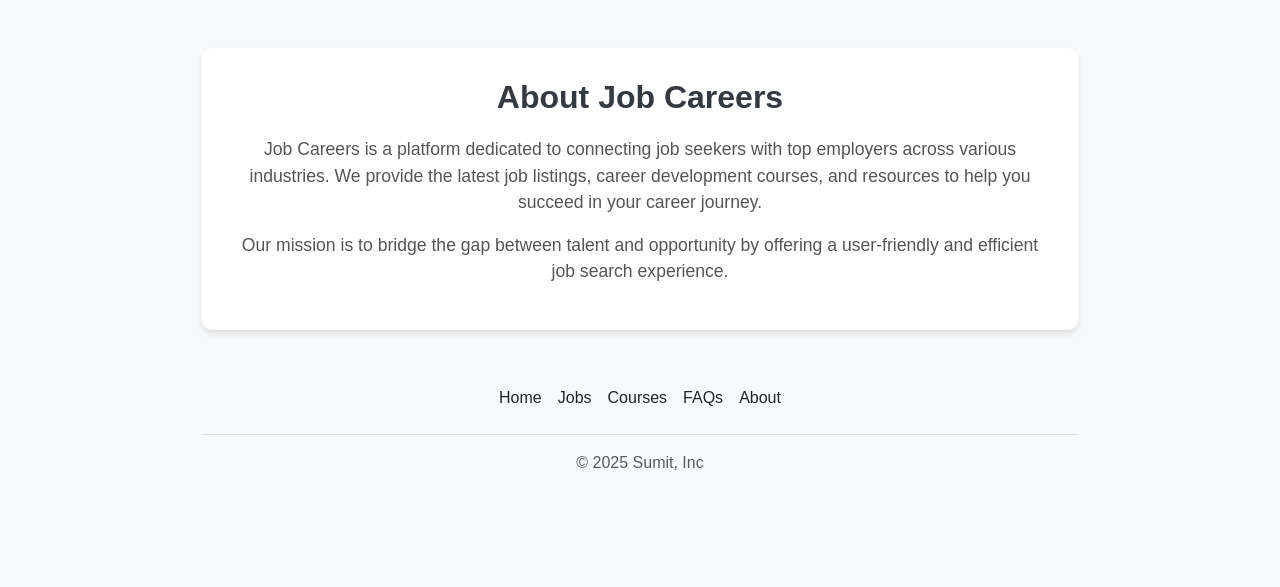
Repository: Sumit123sm/job-carrer-website
Page: http://localhost/about.html
The author's editor kept a copy of each file at every save. The page is drawn from the files as they stood at one save, then again after the next save.
The browser window is 1280 px wide. The pictures show the whole page.
The page is served by the project's application, run on Flask 3 (app.py).

Above is the page before, as saved 2025-02-12 19:38:05.

After the next save:
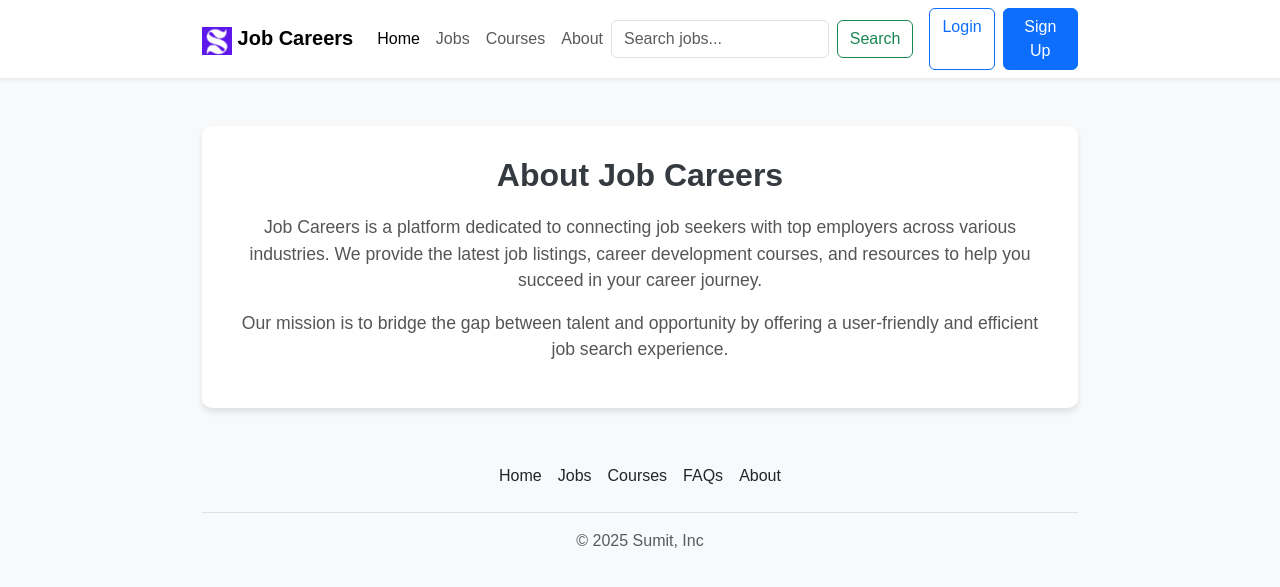
Saved 20 s later.
--- a/templates/about.html
+++ b/templates/about.html
@@ -33,7 +33,7 @@
     </style>
 </head>
 <body>
-
+    {% include "nav.html" %}
 <section id="about" class="container mt-5">
     <div class="about-content">
         <h2 class="text-center section-title">About Job Careers</h2>
